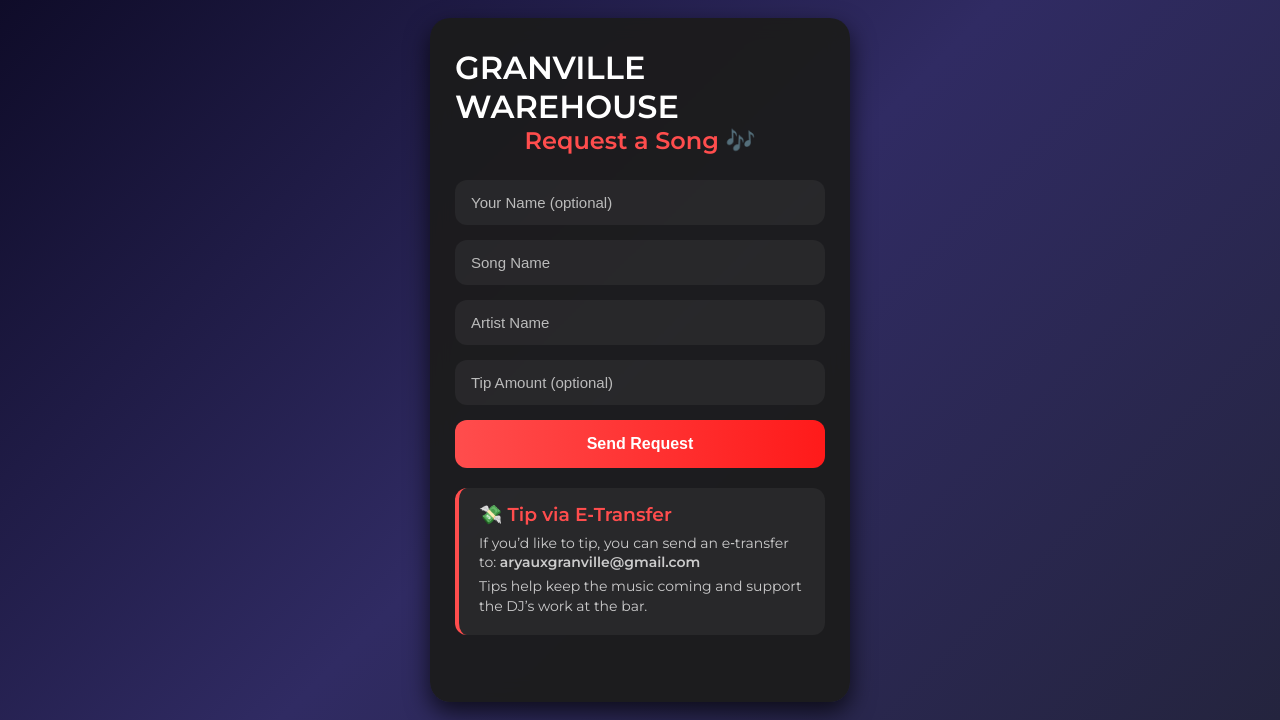
Repository: AryanHeravi/DJ-Request
Page: song_request.html
An editor plug-in stored every save of this project. The page is shown before and after the next save, followed by the edit.
The browser window is 1280 px wide. The pictures show the whole page.

Above is the page before, as saved 2026-01-06 21:55:50.

### song_request.html
<!DOCTYPE html>
<html lang="en">
<head>
<meta charset="UTF-8">
<meta name="viewport" content="width=device-width, initial-scale=1.0">
<title>Bar Song Request</title>
<link href="https://fonts.googleapis.com/css2?family=Montserrat:wght@400;600&display=swap" rel="stylesheet">
<style>
  * {
    box-sizing: border-box;
    margin: 0;
    padding: 0;
  }

  body {
    font-family: 'Montserrat', sans-serif;
    background: linear-gradient(135deg, #0f0c29, #302b63, #24243e);
    display: flex;
    justify-content: center;
    align-items: center;
    min-height: 100vh;
    color: #fff;
  }

  .container {
    background: rgba(28,28,28,0.95);
    backdrop-filter: blur(10px);
    padding: 30px 25px;
    border-radius: 20px;
    width: 100%;
    max-width: 420px;
    box-shadow: 0 10px 25px rgba(0,0,0,0.7);
    transition: transform 0.3s ease;
  }

  .container:hover {
    transform: translateY(-3px);
  }

  h2 {
    text-align: center;
    color: #ff4d4d;
    margin-bottom: 25px;
  }

  form {
    display: flex;
    flex-direction: column;
    gap: 15px;
  }

  input {
    padding: 14px 16px;
    border-radius: 12px;
    border: none;
    outline: none;
    font-size: 15px;
    background: rgba(255,255,255,0.05);
    color: #fff;
    transition: all 0.2s ease;
  }

  input::placeholder {
    color: #bbb;
  }

  input:focus {
    background: rgba(255,255,255,0.15);
    box-shadow: 0 0 8px rgba(255,77,77,0.5);
  }

  button {
    padding: 15px;
    border-radius: 12px;
    border: none;
    background: linear-gradient(90deg, #ff4d4d, #ff1a1a);
    color: #fff;
    font-size: 16px;
    font-weight: 600;
    cursor: pointer;
    transition: all 0.3s ease;
  }

  button:hover {
    background: linear-gradient(90deg, #ff1a1a, #ff4d4d);
    transform: scale(1.02);
  }

  /* E-transfer card */
  .tip-card {
    background: rgba(255,255,255,0.05);
    border-radius: 12px;
    padding: 15px 20px;
    margin-top: 20px;
    color: #fff;
    border-left: 4px solid #ff4d4d;
  }

  .tip-card h3 {
    margin: 0 0 8px 0;
    color: #ff4d4d;
    font-weight: 600;
  }

  .tip-card p {
    margin: 0 0 4px 0;
    font-size: 14px;
    line-height: 1.4;
    color: #ccc;
  }

  .confirmation {
    text-align: center;
    margin-top: 18px;
    font-size: 16px;
    color: #00ff99;
    opacity: 0;
    transform: translateY(-5px);
    transition: opacity 0.5s ease, transform 0.5s ease;
  }

  .confirmation.show {
    opacity: 1;
    transform: translateY(0);
  }

  @media (max-width: 480px) {
    .container {
      padding: 25px 20px;
    }

    input {
      font-size: 14px;
    }

    button {
      font-size: 15px;
    }
  }
</style>
</head>
<body>

<div class="container">
  <h1>GRANVILLE WAREHOUSE</h1>
  <h2>Request a Song 🎶</h2>
  <form id="songForm">
    <input type="text" name="name" placeholder="Your Name (optional)">
    <input type="text" name="song" placeholder="Song Name" required>
    <input type="text" name="artist" placeholder="Artist Name" required>
    <input type="text" name="tip" placeholder="Tip Amount (optional)">
    <button type="submit">Send Request</button>
  </form>

  <!-- E-Transfer Section -->
  <div class="tip-card">
    <h3>💸 Tip via E‑Transfer</h3>
    <p>If you’d like to tip, you can send an e‑transfer to: <strong>aryauxgranville@gmail.com</strong></p>
    <p>Tips help keep the music coming and support the DJ’s work at the bar.</p>
  </div>

  <div class="confirmation" id="confirmation">
    🎵 Your song request has been sent! Thanks!
  </div>
</div>

<script src="https://cdn.jsdelivr.net/npm/@emailjs/browser@3/dist/email.min.js"></script>
<script>
  const form = document.getElementById('songForm');
  const confirmation = document.getElementById('confirmation');

  form.addEventListener('submit', function(e) {
    e.preventDefault();

    emailjs.sendForm(
      "service_3dp90wc",
      "template_dyxg225",
      this,
      "iueAUOM_QorKi02S6"
    )
    .then((response) => {
      if (response.status >= 200 && response.status < 300) {
        confirmation.classList.add('show');
        form.reset();
        setTimeout(() => confirmation.classList.remove('show'), 4000);
      } else {
        throw new Error("Unexpected response status: " + response.status);
      }
    })
    .catch((err) => {
      console.error("EmailJS error:", err);
      confirmation.style.color = "#ff5555";
      confirmation.textContent = "⚠️ Oops! Something went wrong. Try again.";
      confirmation.classList.add('show');
      setTimeout(() => {
        confirmation.classList.remove('show');
        confirmation.style.color = "#00ff99";
        confirmation.textContent = "🎵 Your song request has been sent! Thanks!";
      }, 4000);
    });
  });
</script>

</body>
</html>

After the next save:
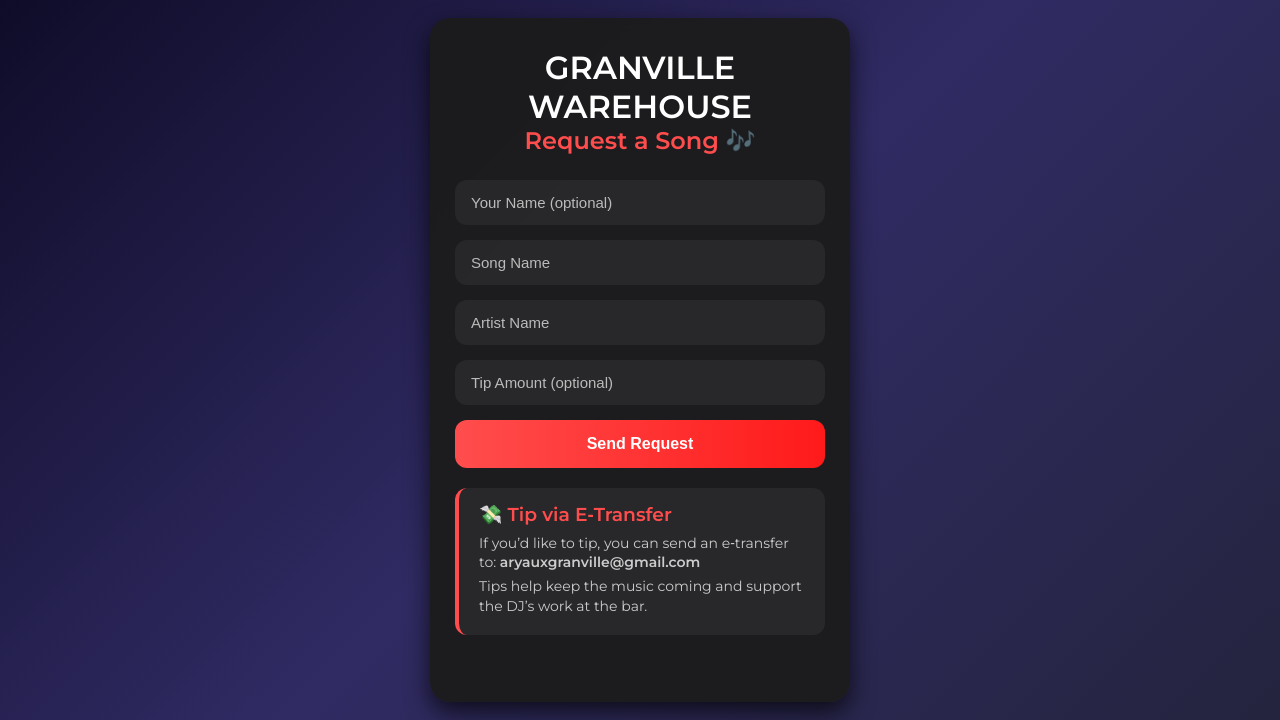
Saved 10 s later.
--- a/song_request.html
+++ b/song_request.html
@@ -142,7 +142,7 @@
 <body>
 
 <div class="container">
-  <h1>GRANVILLE WAREHOUSE</h1>
+  <h1 style="text-align: center;">GRANVILLE WAREHOUSE</h1>
   <h2>Request a Song 🎶</h2>
   <form id="songForm">
     <input type="text" name="name" placeholder="Your Name (optional)">
